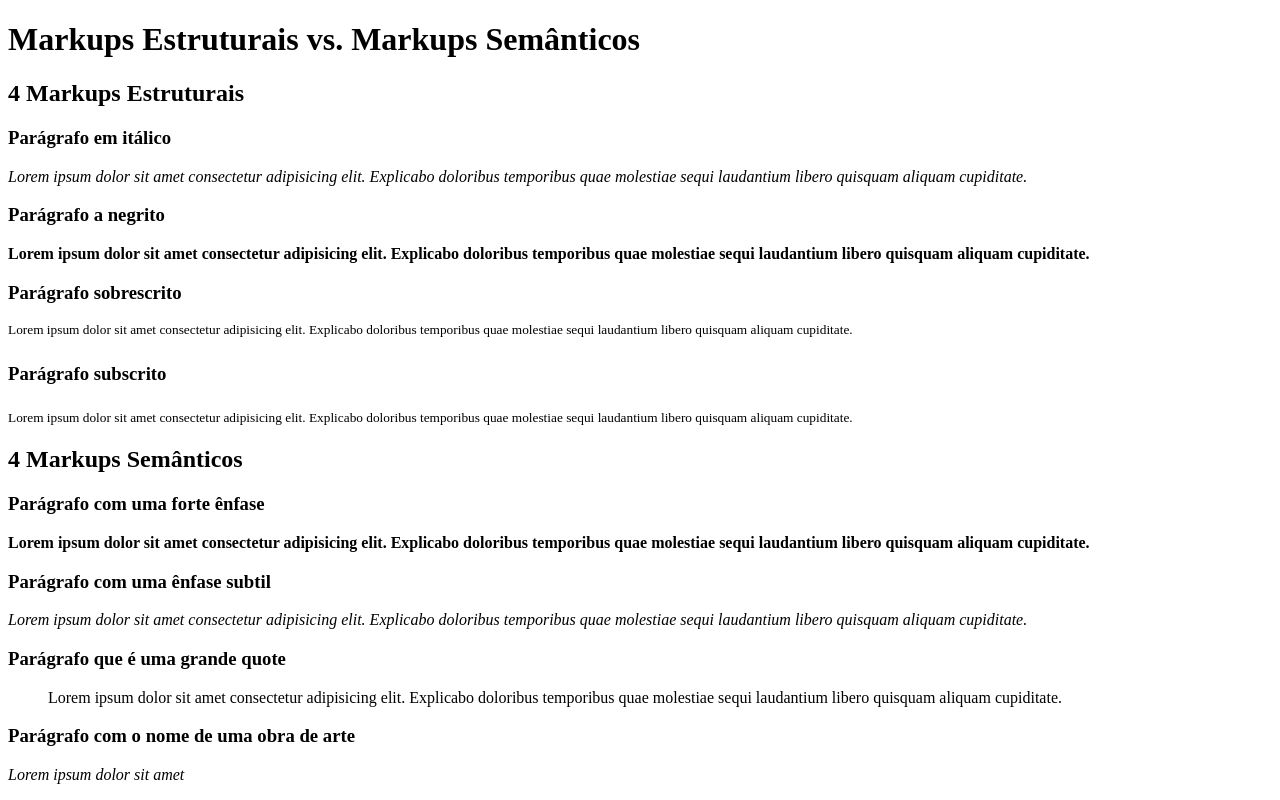
Repository: inespalma/About_Me
Page: Coding_Challenges/HTML/index.html
These files come from the project's save history. The page is drawn as it stood at one moment and after the next save; the edit follows.
The browser window is 1280 px wide. The pictures show the whole page.

Above is the page before, as saved 2024-11-20 09:55:15.

### Coding_Challenges/HTML/index.html
<!DOCTYPE html>
<html>

<head>
    <meta charset="UTF-8">
    <title>Markups Estruturais vs. Markups Semânticos</title>
</head>

<body>
    <h1>Markups Estruturais vs. Markups Semânticos</h1>

    <!-- MARKUP ESTRUTURAL -->
    <h2>4 Markups Estruturais</h2>

    <!-- ITÁLICO -->
    <h3>Parágrafo em itálico</h3>
    <p><i>Lorem ipsum dolor sit amet consectetur adipisicing elit. Explicabo doloribus temporibus quae molestiae sequi
            laudantium libero quisquam aliquam cupiditate.</i></p>
    <!-- NEGRITO -->
    <h3>Parágrafo a negrito</h3>
    <p><b>Lorem ipsum dolor sit amet consectetur adipisicing elit. Explicabo doloribus temporibus quae molestiae sequi
            laudantium libero quisquam aliquam cupiditate.</b></p>
    <!-- SOBRESCRITO -->
    <h3>Parágrafo sobrescrito</h3>
    <p><sup>Lorem ipsum dolor sit amet consectetur adipisicing elit. Explicabo doloribus temporibus quae molestiae sequi
            laudantium libero quisquam aliquam cupiditate.</sup></p>
    <!-- SUBSCRITO -->
    <h3>Parágrafo subscrito</h3>
    <p><sub>Lorem ipsum dolor sit amet consectetur adipisicing elit. Explicabo doloribus temporibus quae molestiae sequi
            laudantium libero quisquam aliquam cupiditate.</sub></p>

    <!-- MARKUPS SEMÂNTICOS -->
    <h2>4 Markups Semânticos</h2>

    <!-- ÊNFASE (STRONG) -->
    <h3>Parágrafo com uma forte ênfase</h3>
    <p><strong>Lorem ipsum dolor sit amet consectetur adipisicing elit. Explicabo doloribus temporibus quae molestiae
            sequi laudantium libero quisquam aliquam cupiditate.</strong></p>
    <!-- ÊNFASE SUBTIL (EM) -->
    <h3>Parágrafo com uma ênfase subtil</h3>
    <p><em>Lorem ipsum dolor sit amet consectetur adipisicing elit. Explicabo doloribus temporibus quae molestiae sequi
            laudantium libero quisquam aliquam cupiditate.</em></p>
    <h3>Parágrafo que é uma grande quote</h3>
    <blockquote>
        <p>Lorem ipsum dolor sit amet consectetur adipisicing elit. Explicabo doloribus temporibus quae molestiae sequi
            laudantium libero quisquam aliquam cupiditate.</p>
    </blockquote>
    <h3>Parágrafo com o nome de uma obra de arte</h3>
    <p><cite>Lorem ipsum dolor sit amet</cite></p>
</body>

</html>

After the next save:
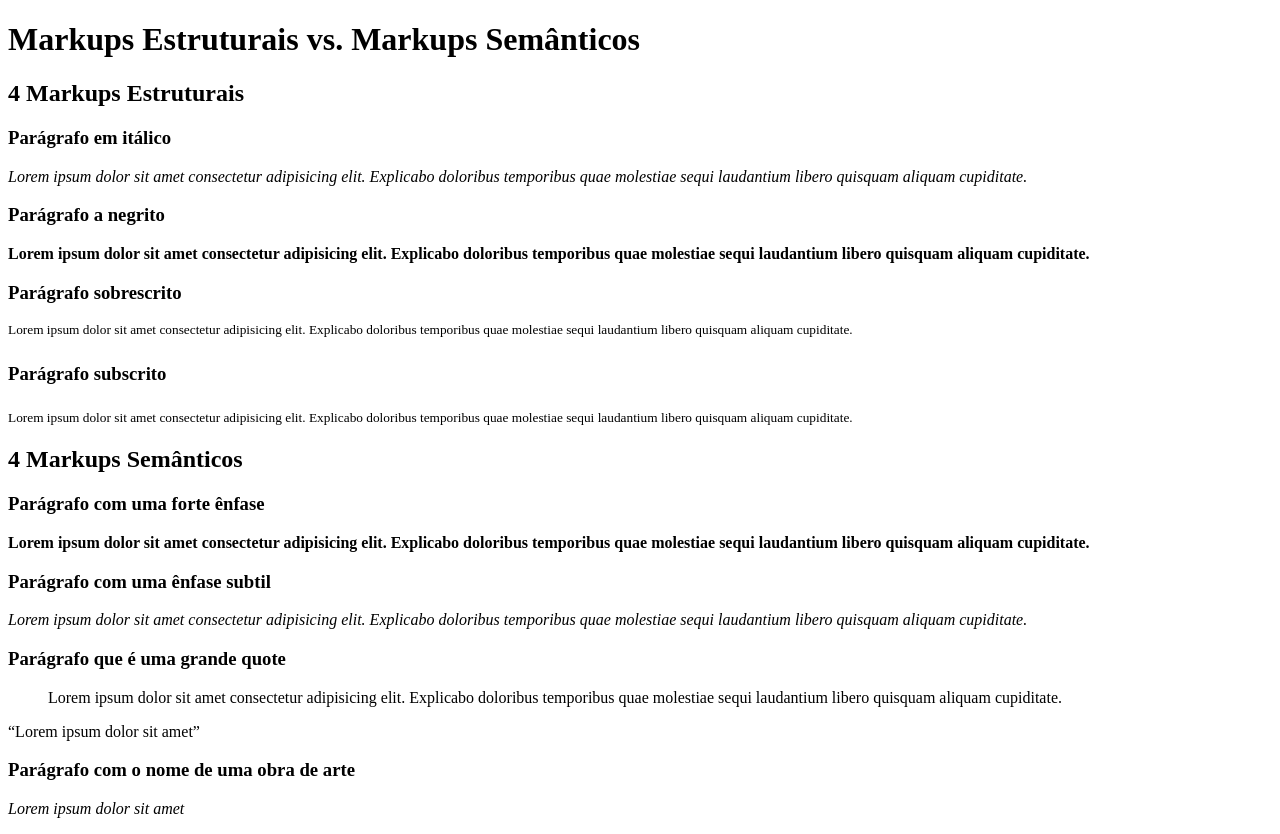
Saved 53 s later.
--- a/Coding_Challenges/HTML/index.html
+++ b/Coding_Challenges/HTML/index.html
@@ -41,10 +41,12 @@
     <p><em>Lorem ipsum dolor sit amet consectetur adipisicing elit. Explicabo doloribus temporibus quae molestiae sequi
             laudantium libero quisquam aliquam cupiditate.</em></p>
     <h3>Parágrafo que é uma grande quote</h3>
+    <!-- CITAÇÃO (LONNGA) -->
     <blockquote>
         <p>Lorem ipsum dolor sit amet consectetur adipisicing elit. Explicabo doloribus temporibus quae molestiae sequi
             laudantium libero quisquam aliquam cupiditate.</p>
     </blockquote>
+    <q>Lorem ipsum dolor sit amet</q>
     <h3>Parágrafo com o nome de uma obra de arte</h3>
     <p><cite>Lorem ipsum dolor sit amet</cite></p>
 </body>
